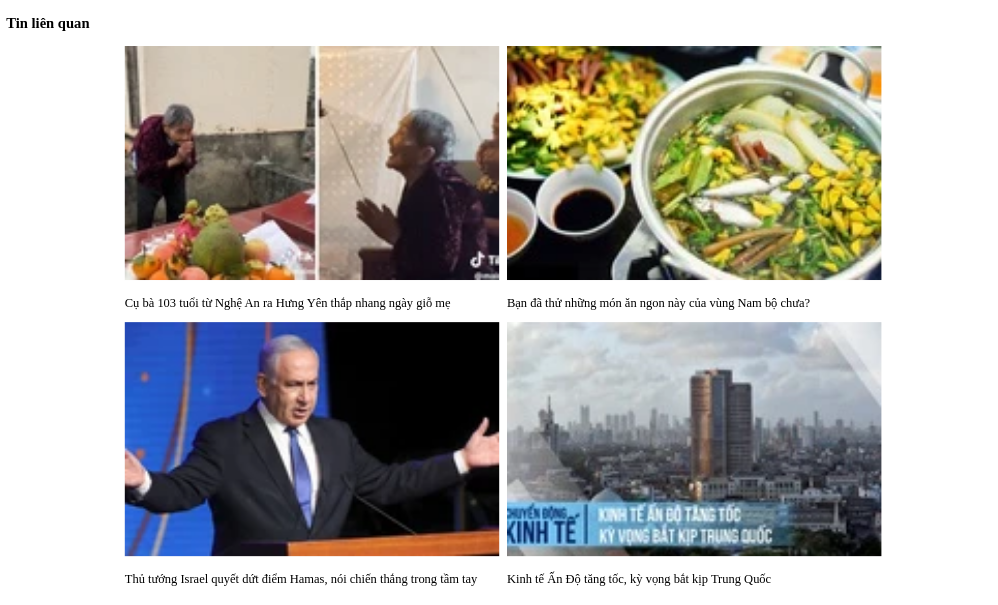
Repository: Tan-Khang21/TH_TKW--Buoi_07
Page: Bai_Tap_Ve_Nha/TinLienQuan.html
An editor plug-in stored every save of this project. The page is shown before and after the next save, followed by the edit.
The browser window is 1280 px wide. The pictures show the whole page, at 78% of full size.

Above is the page before, as saved 2024-03-12 17:15:08.

After the next save:
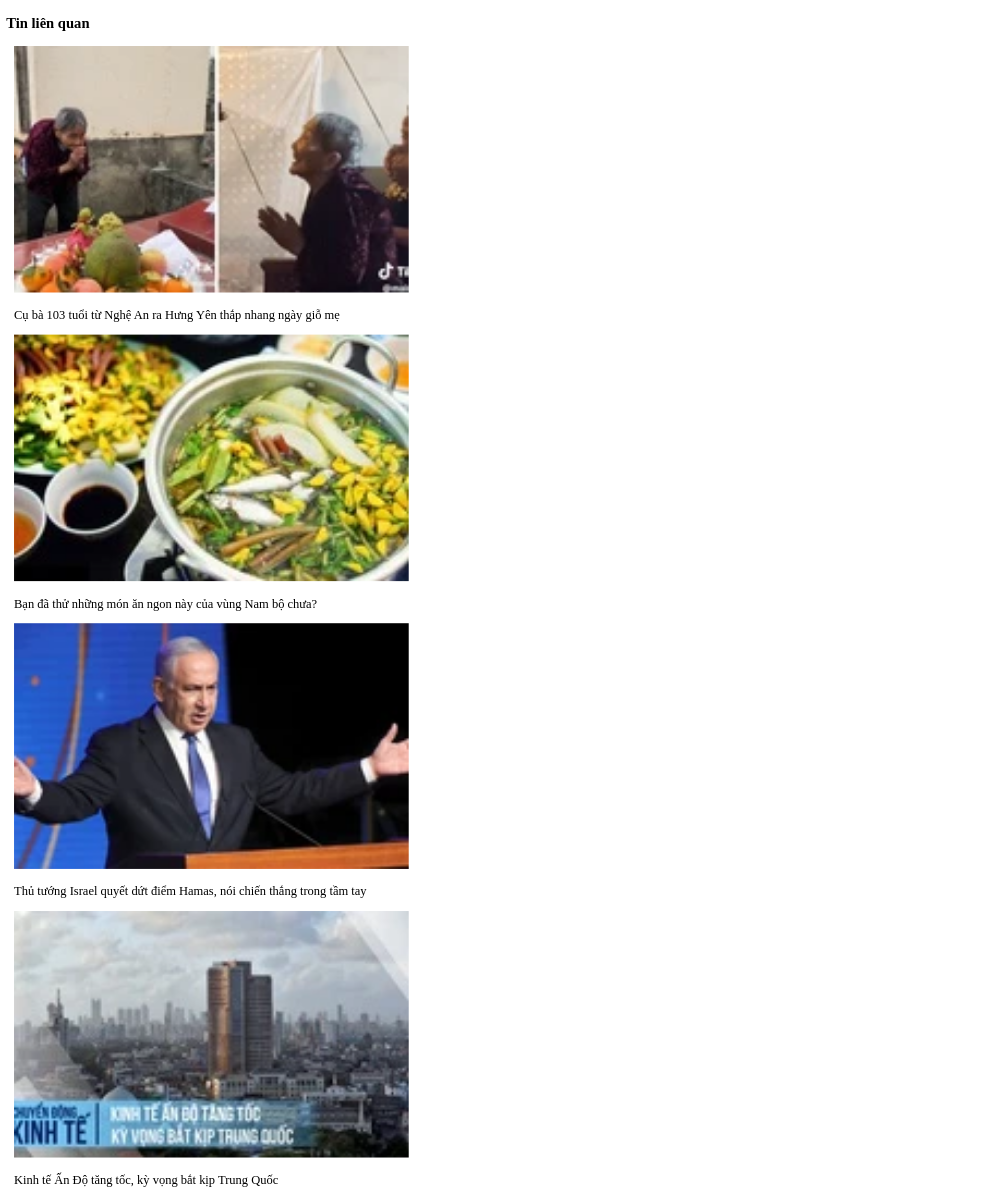
Saved 4 s later.
--- a/Bai_Tap_Ve_Nha/TinLienQuan.html
+++ b/Bai_Tap_Ve_Nha/TinLienQuan.html
@@ -8,17 +8,7 @@
   <body>
     <div class="container">
       <h3>Tin liên quan</h3>
-      <div
-        class="box"
-        style="
-          display: flex;
-          width: 1200px;
-          flex-wrap: wrap;
-          justify-content: center;
-          margin-left: -10px;
-          margin: 0 auto;
-        "
-      >
+      <div class="box">
         <div style="width: 40%; margin-left: 10px">
           <img
             src="images/hinh3.webp"

After the save that followed:
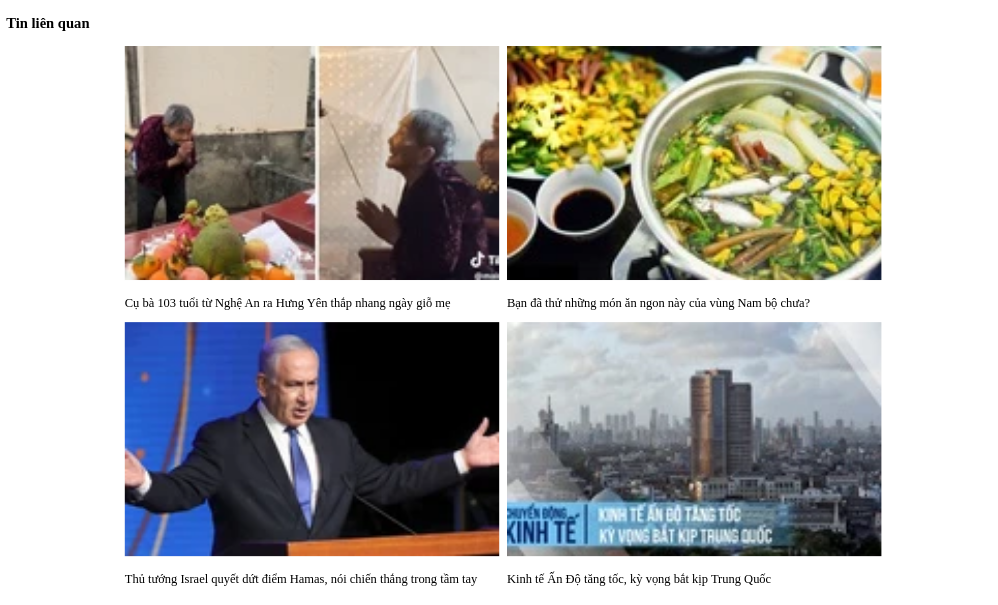
Saved 37 s later.
--- a/Bai_Tap_Ve_Nha/TinLienQuan.html
+++ b/Bai_Tap_Ve_Nha/TinLienQuan.html
@@ -8,7 +8,17 @@
   <body>
     <div class="container">
       <h3>Tin liên quan</h3>
-      <div class="box">
+      <div
+        class="box"
+        style="
+          display: flex;
+          width: 1200px;
+          flex-wrap: wrap;
+          justify-content: center;
+          margin-left: -10px;
+          margin: 0 auto;
+        "
+      >
         <div style="width: 40%; margin-left: 10px">
           <img
             src="images/hinh3.webp"
